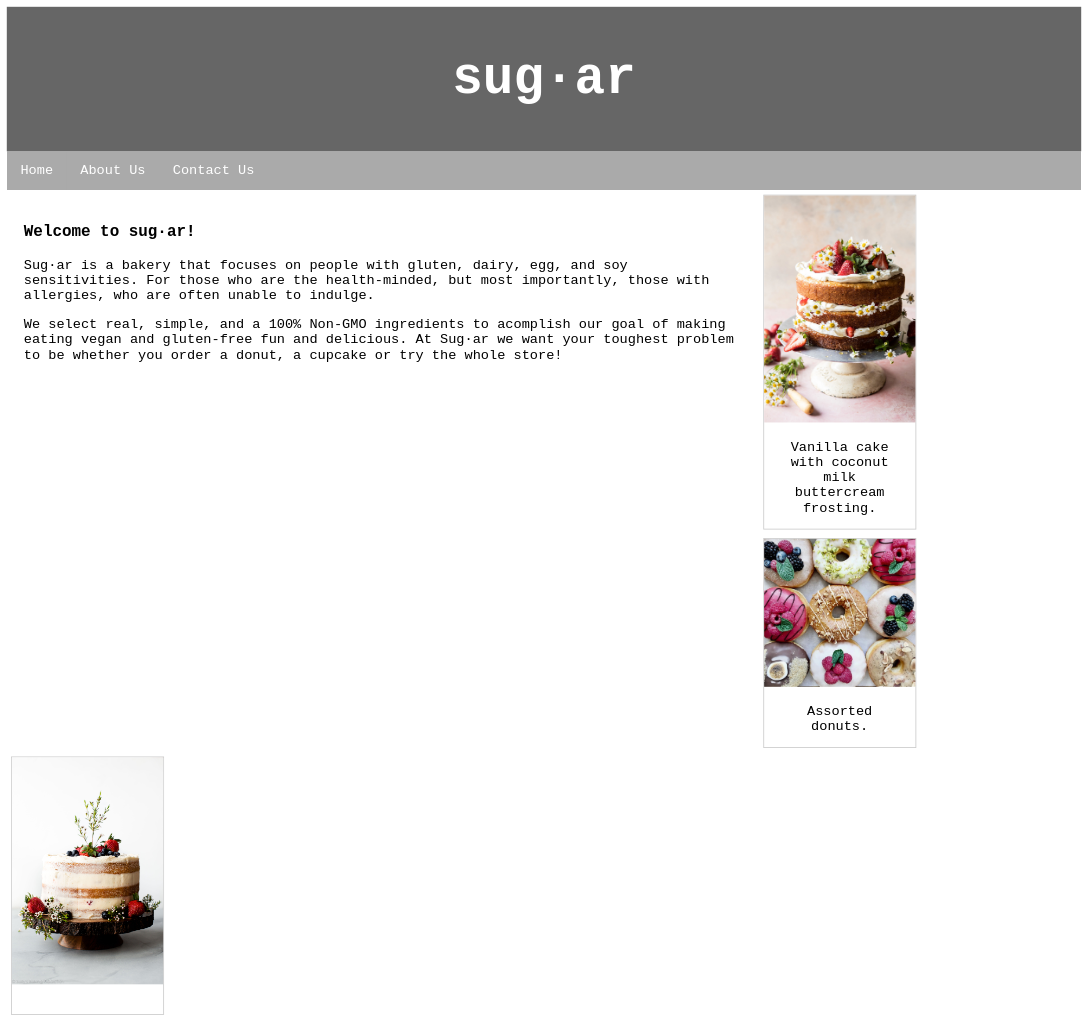
Repository: lavaghimire/lavaghimire.github.io
Page: WEBSITE/website.html
The author's editor kept a record of every edit. The page is drawn from the files as they stood at one moment, then again after the next edit.
The browser window is 1280 px wide. The pictures show the whole page, at 85% of full size.

Above is the page before.

After the next edit:
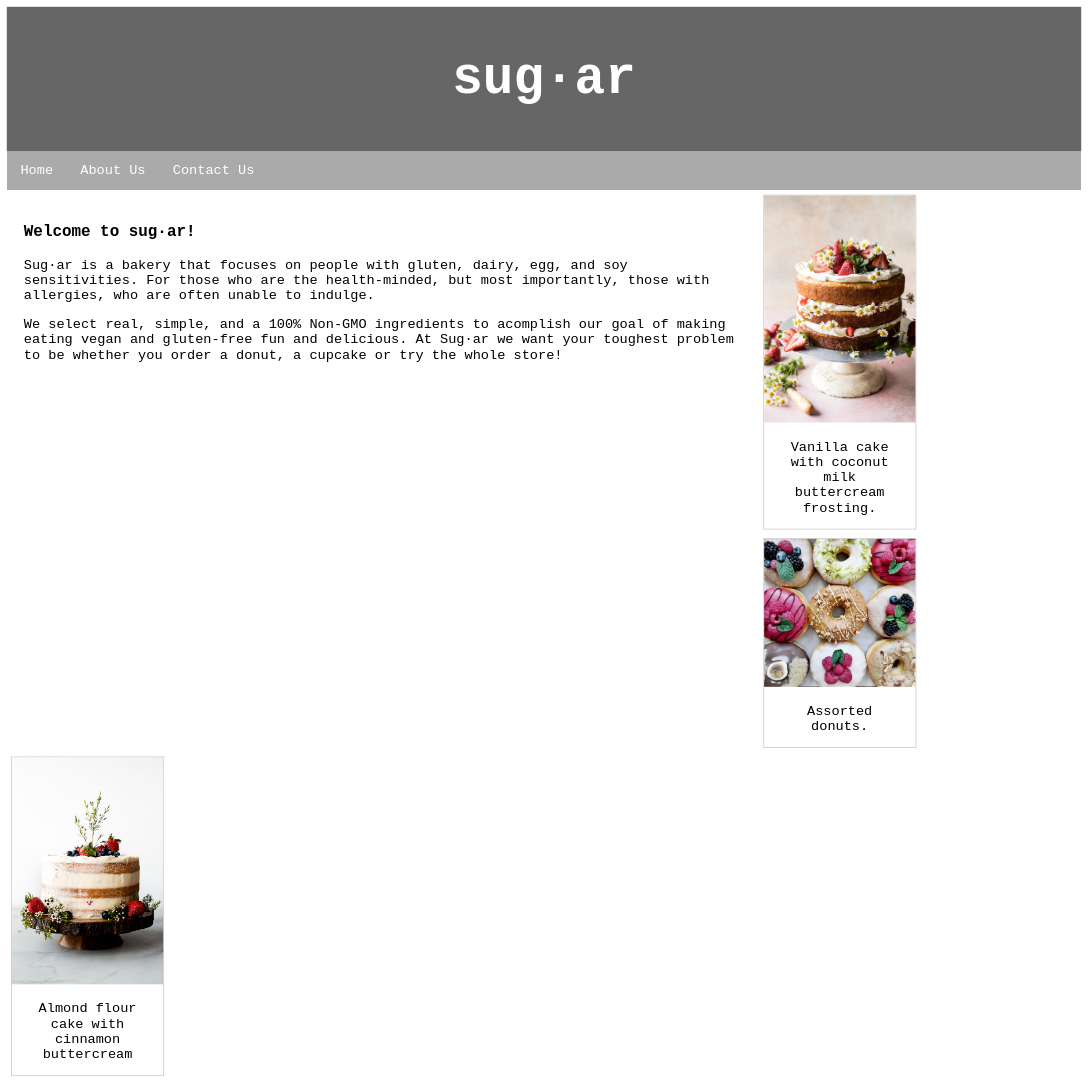
The edit:
--- a/WEBSITE/website.html
+++ b/WEBSITE/website.html
@@ -137,7 +137,7 @@
   <a target="_blank" href="naked-cake-2.jpg">
     <img src="naked-cake-2.jpg" alt="Cake" width="600" height="500">
   </a>
-  <div class="desc"></div>
+  <div class="desc">Almond flour cake with cinnamon buttercream </div></div>
 </div>
 
 
